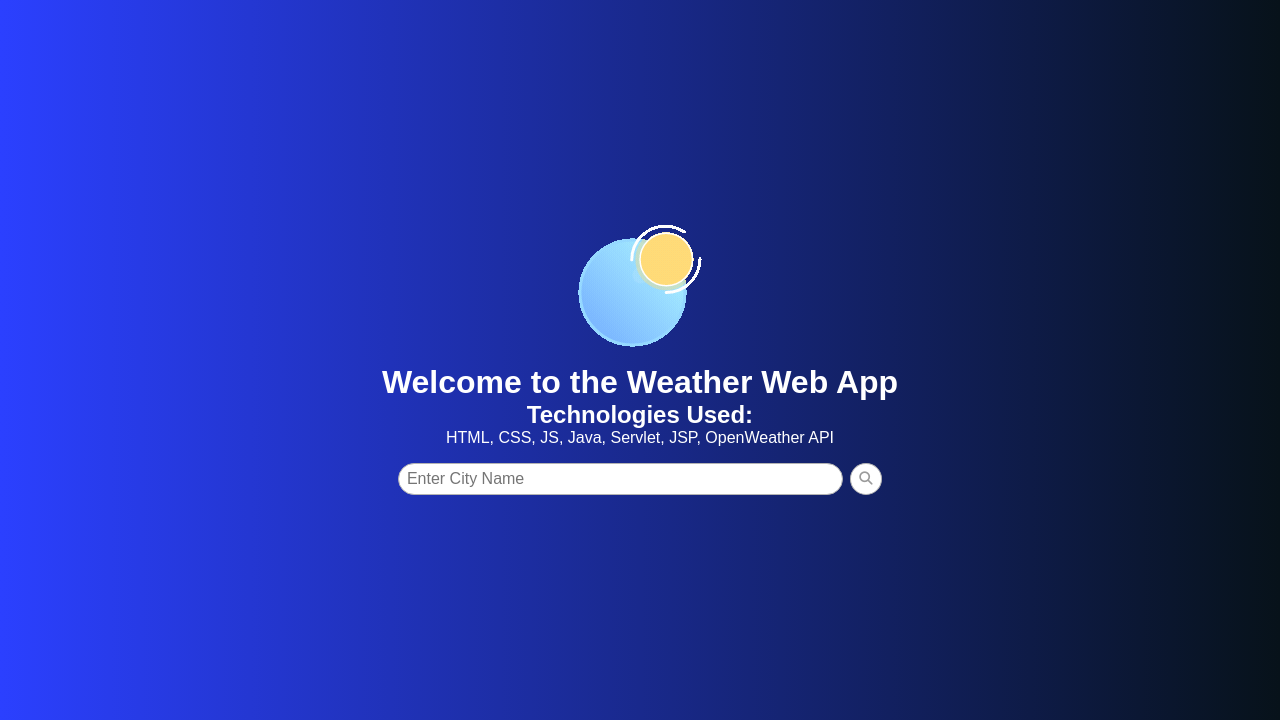
Repository: MinhajulMukthar/Weather-WebApp
Page: Weather App/src/main/webapp/index.html
These files come from the project's save history. The page is drawn as it stood at one moment and after the next save; the edit follows.
The browser window is 1280 px wide. The pictures show the whole page.

Above is the page before, as saved 2024-09-26 02:00:11.

### Weather App/src/main/webapp/index.html
<!DOCTYPE html>
<html>
<head>
<meta charset="UTF-8">
<meta http-equiv="X-UA-Compatible" content="IE=edge">
<meta name="viewport" content="width=device-width, initial-scale=1.0">
<title>Weather App</title>
<link rel="icon" href="images/rain.png" type="image/png">
<link rel="stylesheet"
	href="https://cdnjs.cloudflare.com/ajax/libs/font-awesome/6.4.0/css/all.min.css" />
<link rel="stylesheet" href="style.css" />

</head>
<body>
	<div style="color: white; text-align: center">
		<img src="images/Animation.gif"
			style="height: 150px; width: auto; /* filter: drop-shadow(10px 10px 10px black) */;">
		<h1>Welcome to the Weather Web App</h1>

		<h2>Technologies Used:</h2>
		<p>HTML, CSS, JS, Java, Servlet, JSP, OpenWeather API</p>
		<form action="ServletWeb" method="post" class="searchInput">
			<input type="text" placeholder="Enter City Name" id="searchInput"
				 name="city" />
			<button id="searchButton">
				<i class="fa-solid fa-magnifying-glass"></i>
			</button>
		</form>
	</div>
</body>
</html>

### Weather App/src/main/webapp/style.css
    * {
  margin: 0;
  padding: 0;
  box-sizing: border-box;
  font-family: "Ubuntu", sans-serif;
}

body {
  display: flex;
  height: 100vh;
  align-items: center;
  justify-content: center;
  background: linear-gradient(to right,  #2b40ff,#07121a);
}

.mainContainer {
  width: 25rem;
  height: auto;
  border-radius: 1rem;
  background: #fff;
  box-shadow: 0 14px 28px rgba(0,0,0,0.25),
			0 10px 10px rgba(0,0,0,0.22);
}

.searchInput {
  width: 100%;
  display: flex;
  padding: 1rem 1rem;
  justify-content: center;
}

.searchInput input {
  width: 100%;
  height: 2rem;
  outline: none;
  font-size: 1rem;
  color: #525050;
  padding: 0.2rem 0.5rem;
  border-radius: 1.5rem;
  border: 1px solid #b3b3b3;
}

.searchInput input:focus {
  border: 1px solid #9c9dde;
}

.searchInput button {
  width: 2.2rem;
  height: 2rem;
  cursor: pointer;
  color: #9b9b9b;
  border-radius: 50%;
  margin-left: 0.4rem;
  transition: all 0.3s ease;
  background-color: #fff;
  border: 1px solid #b3b3b3;
}

.searchInput button:hover {
  color: #fff;
  background-color: #9c9dde;
  border: 1px solid #9c9dde;
}

.weatherIcon {
  display: flex;
  padding-top: 0.5rem;
  padding-bottom: 0.5rem;
  justify-content: center;
}

.weatherIcon img {
  max-width: 100%;
  width: 8rem;
}

.weatherDetails .temp{
 font-size: 2rem;
}
.cityDetails {
  color: #323232;
  font-size: 2.5rem;
  text-align: center;
  margin-bottom: 0.5rem;
}

.cityDetails .date {
  color: #323232;
  font-size: 1.5rem;
  text-align: center;
  margin-bottom: 0.5rem;
}

.windDetails {
  display: flex;
  margin-top: 1rem;
  margin-bottom: 1.5rem;
  justify-content: space-around;
}

.windDetails .humidityBox {
  display: flex;
  font-size: 1rem;
  color: #323232;
}

.windDetails .humidity .humidityValue {
 text-align: center;
  font-size: 2rem;
  color: #323232;
}

.windDetails .humidityBox img {
  max-height: 3rem;
  margin-right: 0.5rem;
}

.windDetails .windSpeed {
  display: flex;
  font-size: 1rem;
  color: #323232;
}

.windDetails .windSpeed img {
  max-height: 3rem;
  margin-right: 0.5rem;
}


image-logo{
        height: auto;
        width: auto;
        filter: drop-shadow(20px 10px 10px black);
      }

After the next save:
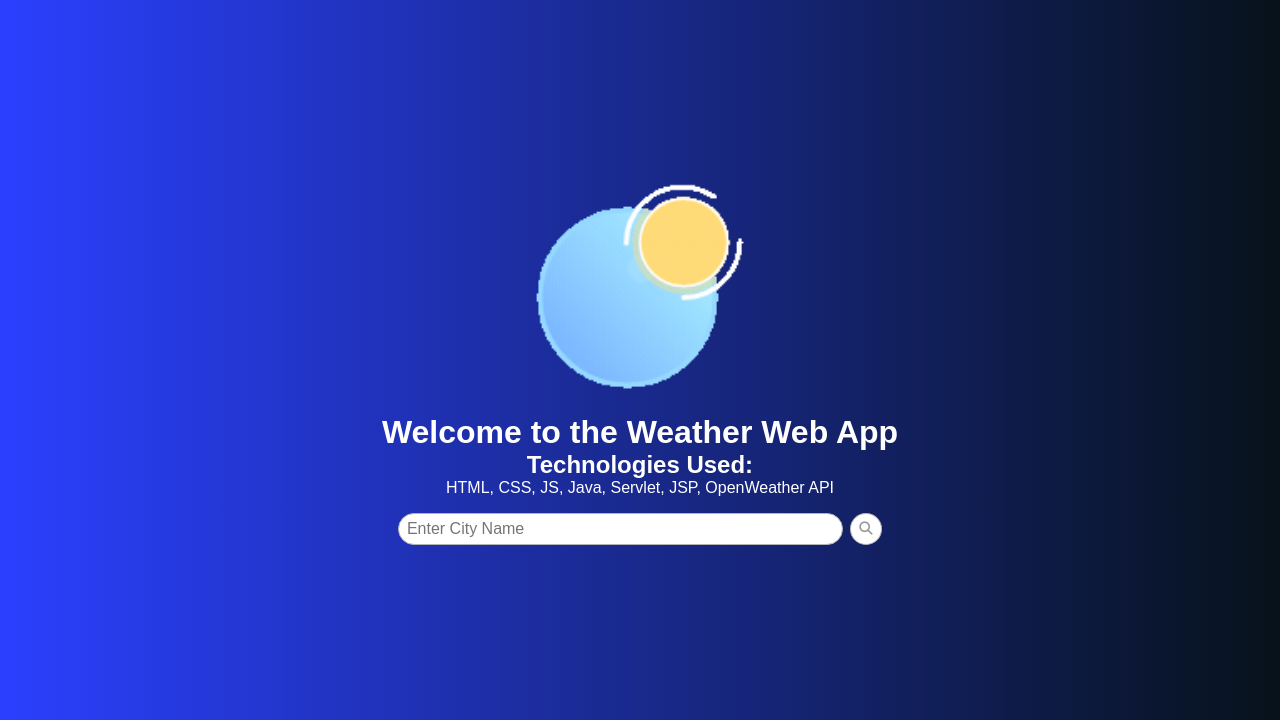
Saved 22 s later.
--- a/Weather App/src/main/webapp/index.html
+++ b/Weather App/src/main/webapp/index.html
@@ -14,7 +14,7 @@
 <body>
 	<div style="color: white; text-align: center">
 		<img src="images/Animation.gif"
-			style="height: 150px; width: auto; /* filter: drop-shadow(10px 10px 10px black) */;">
+			style="height: 250px; width: auto; /* filter: drop-shadow(10px 10px 10px black) */;">
 		<h1>Welcome to the Weather Web App</h1>
 
 		<h2>Technologies Used:</h2>

After the save that followed:
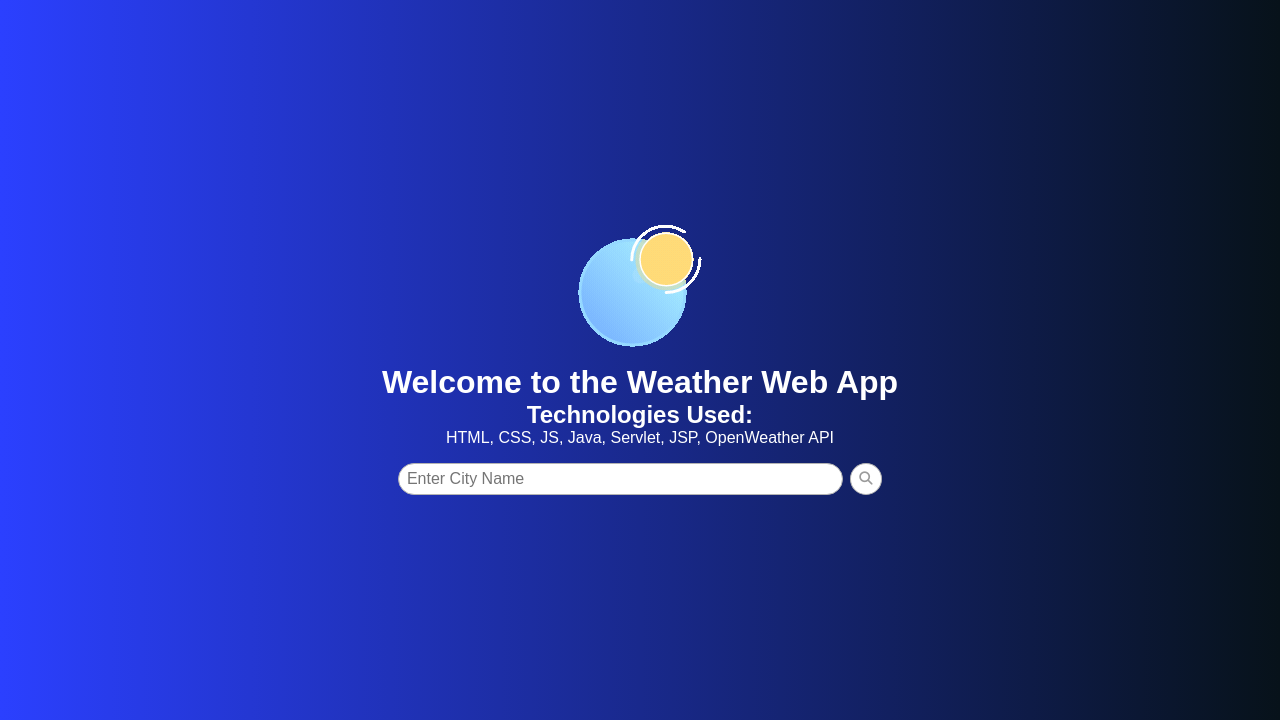
Saved 13 s later.
--- a/Weather App/src/main/webapp/index.html
+++ b/Weather App/src/main/webapp/index.html
@@ -14,7 +14,7 @@
 <body>
 	<div style="color: white; text-align: center">
 		<img src="images/Animation.gif"
-			style="height: 250px; width: auto; /* filter: drop-shadow(10px 10px 10px black) */;">
+			style="height: 150px; width: auto; /* filter: drop-shadow(10px 10px 10px black) */;">
 		<h1>Welcome to the Weather Web App</h1>
 
 		<h2>Technologies Used:</h2>
